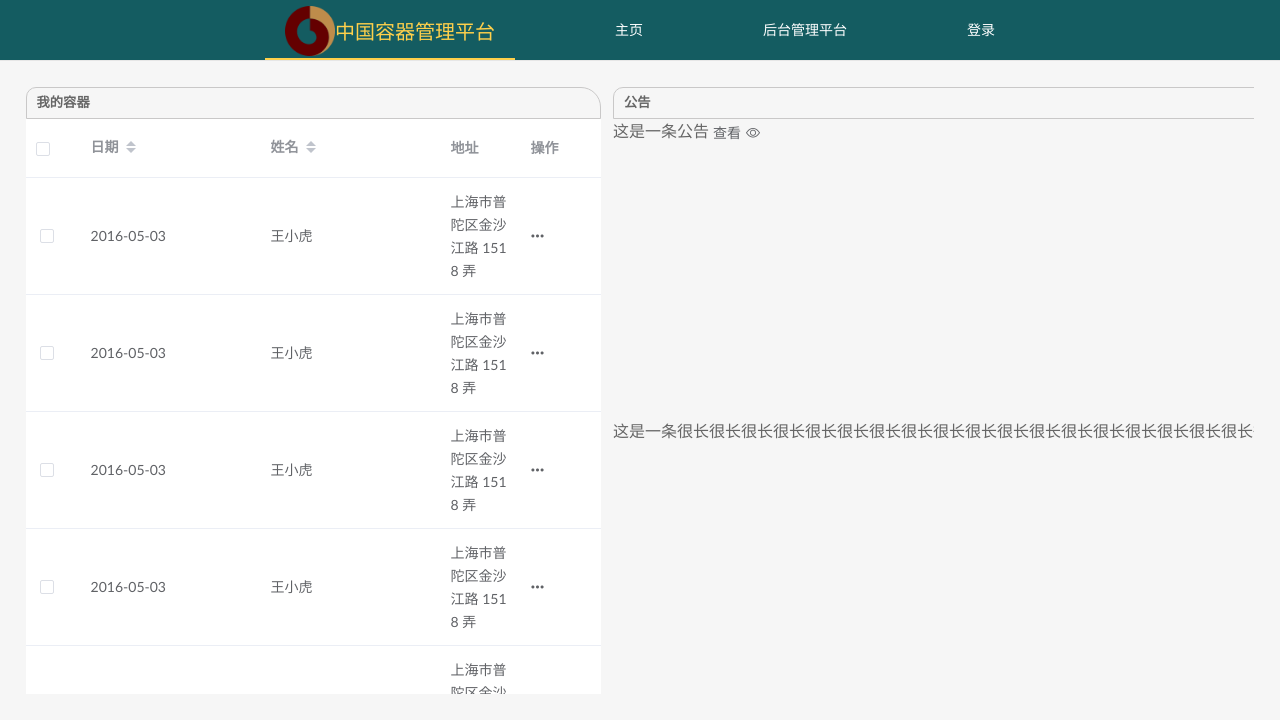
Repository: lei123zhou/zhongjin
Page: /main/home
These files come from the project's save history. The page is drawn as it stood at one moment and after the next save; the edit follows.
The browser window is 1280 px wide. The pictures show the whole page.
An inner scrolling area shows only its first screen. The project was rebuilt for these pictures with package versions that can differ from the ones it lists, and the page was loaded fresh each time. Also part of the build but not shown: vue.config.js.

Above is the page before, as saved 2022-08-29 20:19:51.

After the next save:
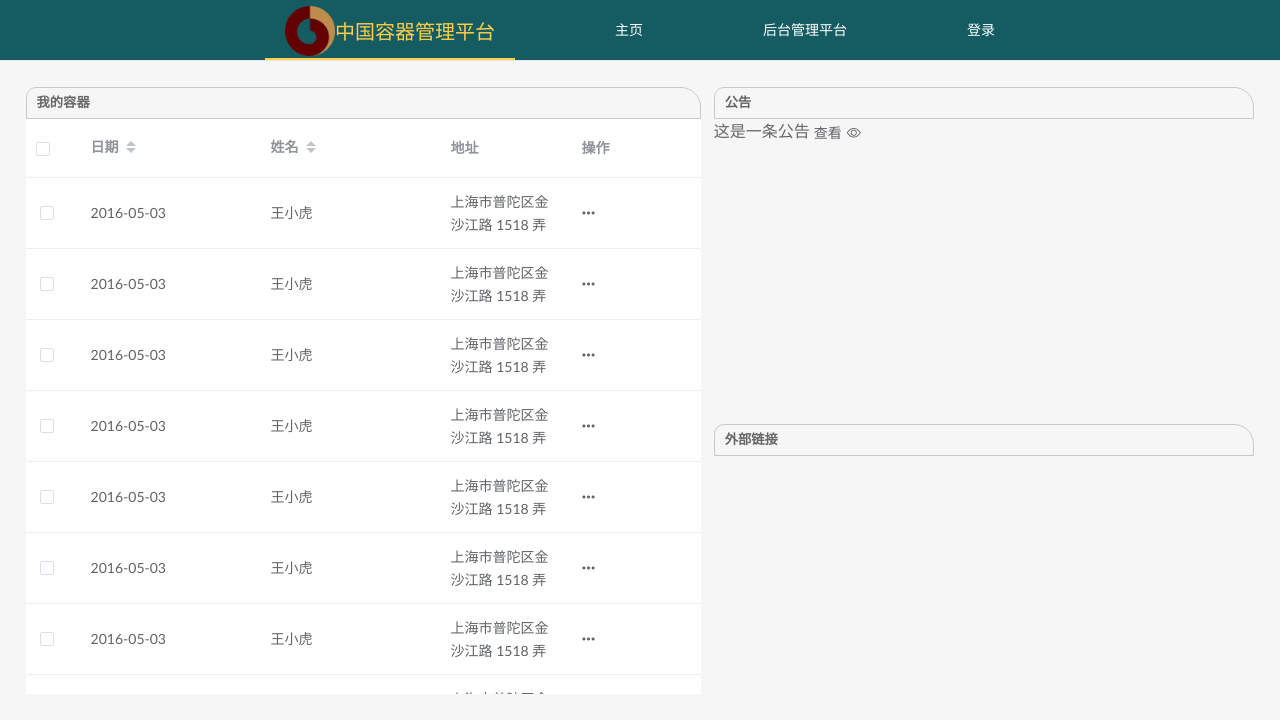
Saved 63 s later.
--- a/src/pages/home/HomePage.vue
+++ b/src/pages/home/HomePage.vue
@@ -55,14 +55,6 @@
           ></span>
           <diglog ref="show" :announcement="announcement"></diglog>
         </div>
-         <div class="contaion">
-          <span
-            >这是一条很长很长很长很长很长很长很长很长很长很长很长很长很长很长很长很长很长很长很长很长很长很长很长很长很长很长很长很长很长很长的公告
-            <el-link @click="showDetail"
-              >查看<i class="el-icon-view el-icon--right"></i> </el-link
-          ></span>
-          <diglog ref="show" :announcement="announcement"></diglog>
-        </div>
       </div>
       <div class="right-down"><h5 class="title">外部链接</h5></div>
     </div>
